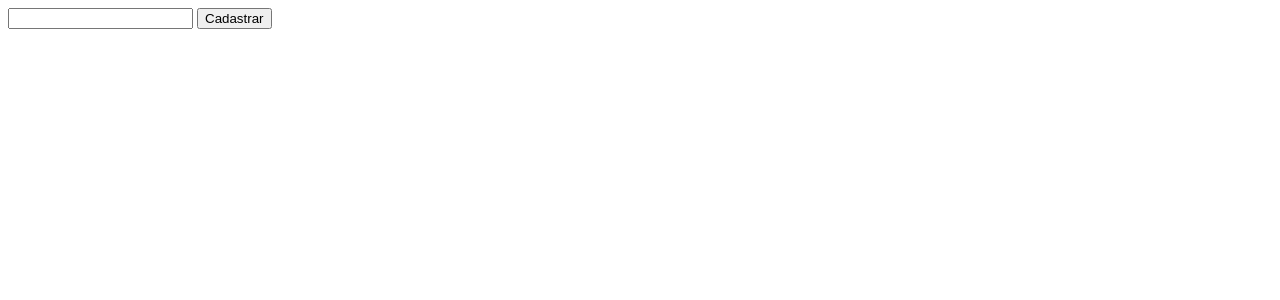
Repository: viniciusrodriguesb/IntegradorJava
Page: http://localhost/Carteira/resultCadastrar.jsp
An editor plug-in stored every save of this project. The page is shown before and after the next save, followed by the edit.
The browser window is 1280 px wide. The pictures show the whole page.
The page is served by Tomcat 9.

Above is the page before, as saved 2022-06-21 00:32:07.

After the next save:
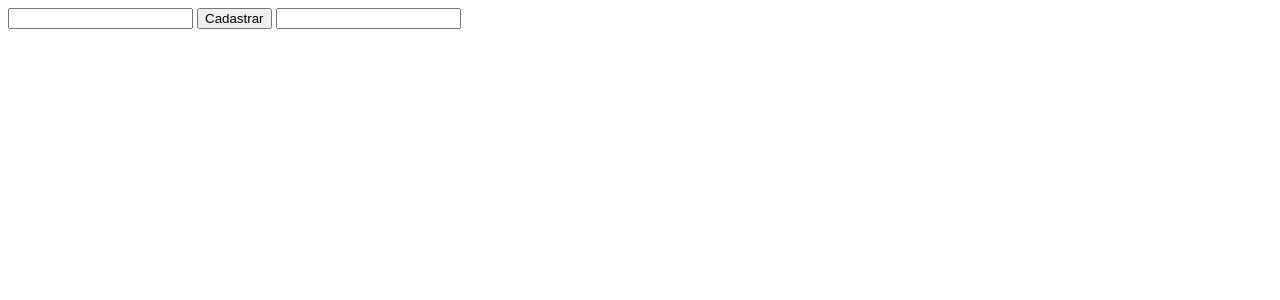
Saved 54 s later.
--- a/Carteira/src/main/webapp/resultCadastrar.jsp
+++ b/Carteira/src/main/webapp/resultCadastrar.jsp
@@ -11,6 +11,8 @@
 	<form action="IncluirCarteiraServlet" method="POST">
 		<input type="text" name="nomeC" id="nomeC"/>
 		<input type="submit" value="Cadastrar"/>
+
+		<input type="number" name="saldoC" id="saldoC"/>
 	</form>
 </body>
 </html>
